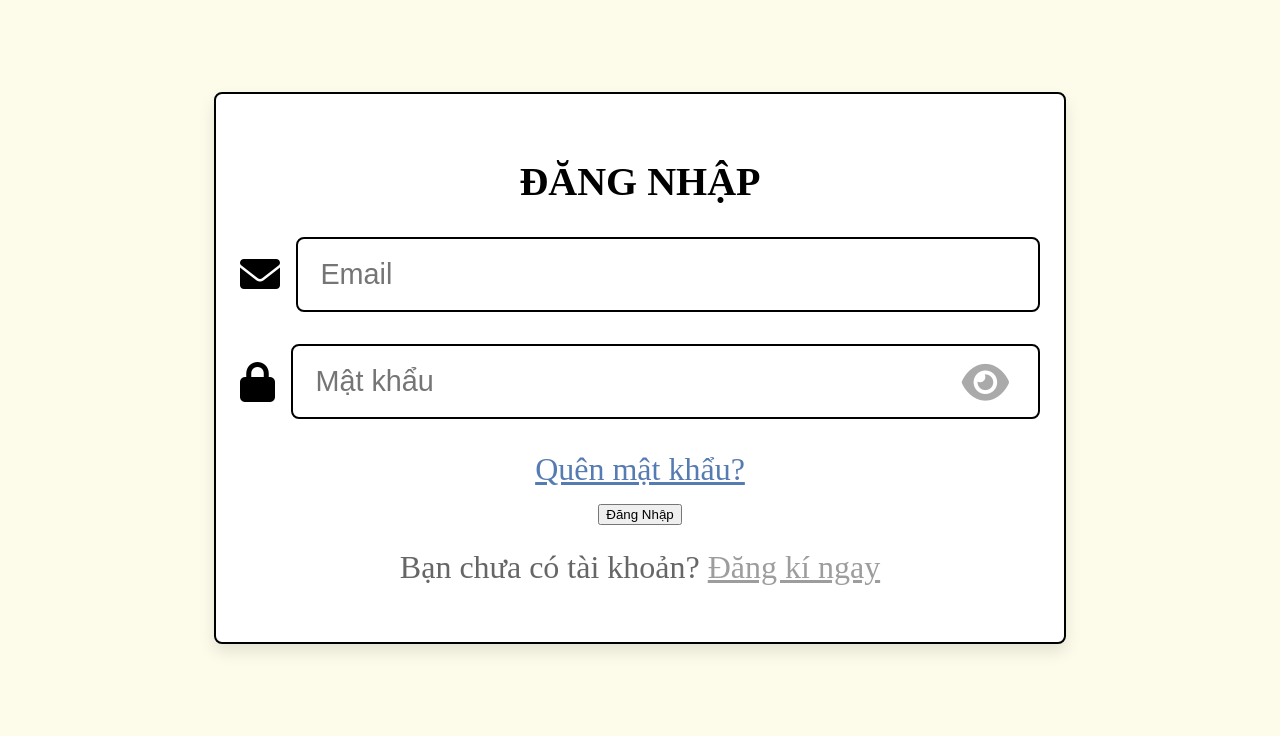
Repository: Dien973/expense_manager
Page: http://localhost/expense_manager/account/login.php
The author's editor kept a copy of each file at every save. The page is drawn from the files as they stood at one save, then again after the next save.
The browser window is 1280 px wide. The pictures show the whole page.
The pointer rests on the first visible `.form-container form p a`.
The page is run by PHP 8.4 with error messages shown; the project is at /var/www/html/.

Above is the page before, as saved 2025-12-05 17:43:55.

### account/login.php
<?php

@include '../config.php';
session_start();

if(isset($_POST['submit'])){

   $filter_email = filter_var($_POST['email'], FILTER_SANITIZE_STRING);
   $email = mysqli_real_escape_string($conn, $filter_email);
   $filter_pass = filter_var($_POST['pass'], FILTER_SANITIZE_STRING);
   $pass = mysqli_real_escape_string($conn, $filter_pass);

   $select_users = mysqli_query($conn, "SELECT * FROM `users` WHERE uemail = '$email' AND upwd = '$pass'") or die('Thất bại');


   if(mysqli_num_rows($select_users) > 0){

      $row = mysqli_fetch_assoc($select_users);

      if($row['urole'] == 'admin'){

         $_SESSION['admin_name'] = $row['uname'];
         $_SESSION['admin_email'] = $row['uemail'];
         $_SESSION['admin_id'] = $row['uid'];
         header('location:ad_home.php');

      }elseif($row['urole'] == 'user'){

         $_SESSION['user_name'] = $row['uname'];
         $_SESSION['user_email'] = $row['uemail'];
         $_SESSION['user_id'] = $row['uid'];
         header('location:../user_page/home.php');

      }else{
         $message[] = 'Không tìm thấy người dùng!';
      }

   }else{
      $message[] = 'Sai email hoặc mật khẩu!';
   }

}

?>

<!DOCTYPE html>
<html lang="en">
<head>
   <meta charset="UTF-8">
   <meta http-equiv="X-UA-Compatible" content="IE=edge">
   <meta name="viewport" content="width=device-width, initial-scale=1.0">
   <title>Đăng nhập</title>

   <!-- font awesome cdn link  -->
   <link rel="stylesheet" href="https://cdnjs.cloudflare.com/ajax/libs/font-awesome/6.0.0/css/all.min.css">

   <!-- custom css file link  -->
   <link rel="stylesheet" href="../css/main.css">

</head>
<body>

<?php
if(isset($_SESSION['success'])){
    echo '
    <div class="message-overlay">
        <div class="message-box">
            <span>'.$_SESSION['success'].'</span>
            <i class="fas fa-times" onclick="this.parentElement.parentElement.remove();"></i>
        </div>
    </div>
    ';
    unset($_SESSION['success']);
}

?>

<section class="form-container">

   <form action="" method="post">
      <h3>Đăng Nhập</h3>

      <div class="input-boxes">
         <div class="inpt">
            <i class="fas fa-envelope"></i>
            <input type="email" name="email" class="box" placeholder="Email" required>
         </div>
         <div class="inpt">
            <i class="fas fa-lock"></i>
            <input type="password" name="pass" class="box pwd" placeholder="Mật khẩu" required>
            <i class="fa-solid fa-eye eye toggle-eye"></i>
         </div>
         <!--div>
            <input id="remember-login" type="checkbox" name="remember">
            <label for="remember-login">Ghi nhớ đăng nhập</label>
         </div-->
         <div class="forgot-pwd" class="text"><a href="forgot_pwd.php">Quên mật khẩu?</a></div>
         <input type="submit" class="btn" name="submit" value="Đăng Nhập">
         <p>Bạn chưa có tài khoản? <a href="signup.php">Đăng kí ngay</a></p>
      </div>
   </form>
</section>

   <script src="../js/show_pwd.js"></script>
</body>
</html>

### config.php
<?php
// Kết nối đến cơ sở dữ liệu MySQL
$servername = "localhost";
$username = "root";
$password = "";
$dbname = "qly_chi_tieu";

// Tạo kết nối
$conn = mysqli_connect($servername, $username, $password, $dbname);

// Kiểm tra kết nối
if (!$conn) {
    die("Connection failed: " . mysqli_connect_error());
}
?>

### css/main.css
body {
  background-color: rgb(253, 252, 234);
}
/*----------FORM ĐĂNG NHẬP------------*/
.form-container {
  display: flex;
  align-items: center;
  justify-content: center;
  min-height: 100vh;
}

.form-container form {
  padding: 1.5rem;
  border-radius: 0.5rem;
  border: #000 solid 2px;
  background-color: #ffffff;
  box-shadow: 0 0.5rem 1rem rgba(0, 0, 0, 0.1);
  width: 50rem;
  text-align: center;
}

.form-container form h3 {
  font-size: 2.5rem;
  text-transform: uppercase;
  color: #000;
  margin-bottom: 1rem;
}

.form-container form .box {
  width: 100%;
  padding: 1.2rem 1.4rem;
  font-size: 1.8rem;
  color: #000;
  border: #000 solid 2px;
  background-color: #fff;
  margin: 1rem 0;
  border-radius: 0.5rem;
  position: relative;
}

.form-container form i {
  color: #000;
  font-size: 2.5rem;
  margin-right: 1rem;
}

.form-container form p,
.form-container form .forgot-pwd {
  margin-top: 1.5rem;
  font-size: 2rem;
  color: #666;
}

.form-container form p a {
  color: #9e9d9d;
}

.form-container form p a:hover {
  text-decoration: underline;
}

/*-- forgot password --*/
.form-container form .forgot-pwd {
  margin-top: 1rem;
  margin-bottom: 1rem;
  font-size: 2rem;
}

.form-container form .forgot-pwd a {
  color: #567bb2;
}

.form-container form .forgot-pwd a:hover {
  text-decoration: underline;
}

/* --- EYE TRONG Ô INPUT --- */

.form-container form .inpt {
  position: relative;
  display: flex;
  align-items: center;
}

.form-container form .inpt input.box {
  width: 100%;
  padding-right: 45px;
  box-sizing: border-box;
}

.form-container form .toggle-eye,
.form-container form .eye {
  position: absolute !important;
  right: 15px !important;
  top: 50% !important;
  transform: translateY(-50%) !important;
  font-size: 42px;
  cursor: pointer;
  color: #aaa;
  z-index: 10;
}

/*---------- THÔNG BÁO------------*/
.message-overlay {
  position: fixed;
  top: 0;
  left: 0;
  width: 100%;
  height: 100%;
  background: rgba(0, 0, 0, 0.5);
  display: flex;
  justify-content: center;
  align-items: center;
  z-index: 20000;
}

/* Hộp thông báo */
.message-box {
  background: #fff;
  padding: 2rem 3rem;
  border-radius: 10px;
  text-align: center;
  min-width: 350px;
  max-width: 80%;
  box-shadow: 0 10px 25px rgba(0, 0, 0, 0.3);
  position: relative;
  animation: popupShow 0.25s ease-out;
}

/* Nội dung */
.message-box span {
  font-size: 2rem;
  color: #000;
}

/* Icon đóng */
.message-box i {
  position: absolute;
  top: 10px;
  right: 12px;
  font-size: 2.2rem;
  color: #c0392b;
  cursor: pointer;
  transition: 0.2s;
}

.message-box i:hover {
  transform: rotate(90deg);
}

/* Animation hiển thị */
@keyframes popupShow {
  from {
    opacity: 0;
    transform: scale(0.8);
  }
  to {
    opacity: 1;
    transform: scale(1);
  }
}

### js/show_pwd.js
const eyes = document.querySelectorAll(".toggle-eye");
const pwds = document.querySelectorAll(".pwd");

eyes.forEach((eye, index) => {
  eye.onclick = () => {
    if (pwds[index].type === "password") {
      pwds[index].type = "text";
      eye.classList.remove("fa-eye");
      eye.classList.add("fa-eye-slash");
    } else {
      pwds[index].type = "password";
      eye.classList.remove("fa-eye-slash");
      eye.classList.add("fa-eye");
    }
  };
});

After the next save:
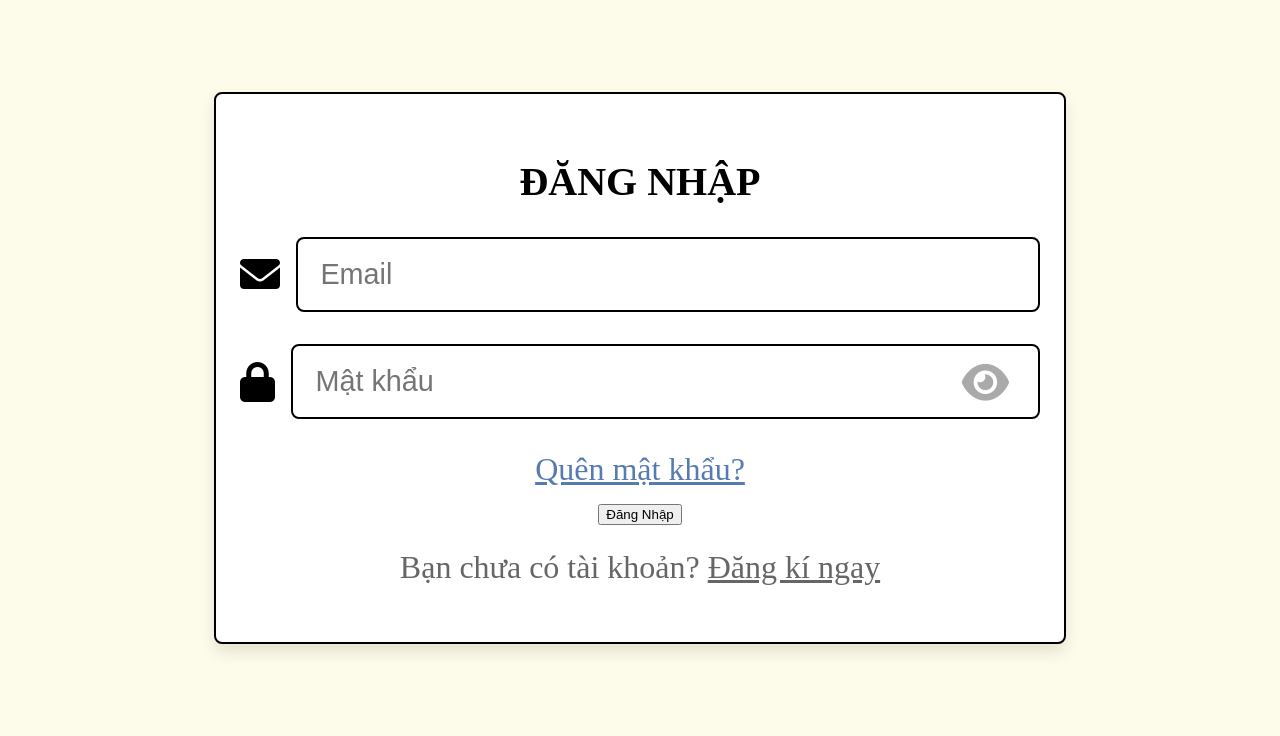
Saved 33 s later.
--- a/css/main.css
+++ b/css/main.css
@@ -56,7 +56,7 @@ body {
 }
 
 .form-container form p a:hover {
-  text-decoration: underline;
+  color: #666;
 }
 
 /*-- forgot password --*/
